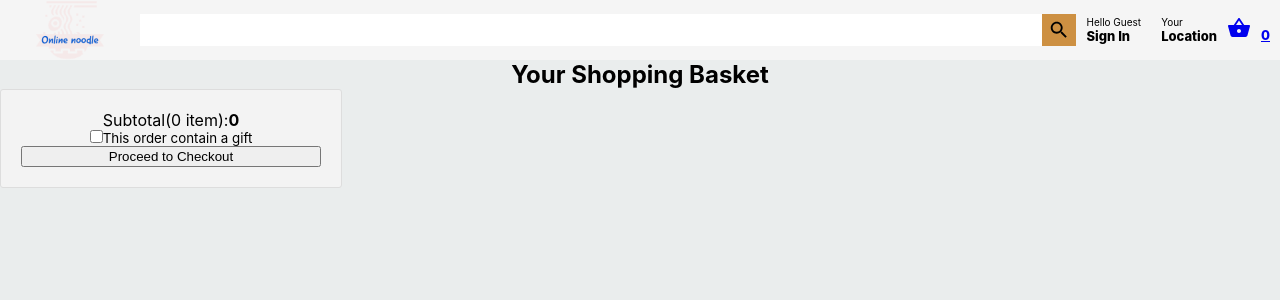
Repository: treenoise09/Noodleonline
Page: /checkout
An editor plug-in stored every save of this project. The page is shown before and after the next save, followed by the edit.
The browser window is 1280 px wide. The pictures show the whole page.
The project was rebuilt for these pictures with package versions that can differ from the ones it lists, and the page was loaded fresh each time. Also part of the build but not shown: src/Home.css, src/Noodle.css, src/Noodle.js, src/Home.js.

Above is the page before, as saved 2022-10-28 11:41:01.

After the next save:
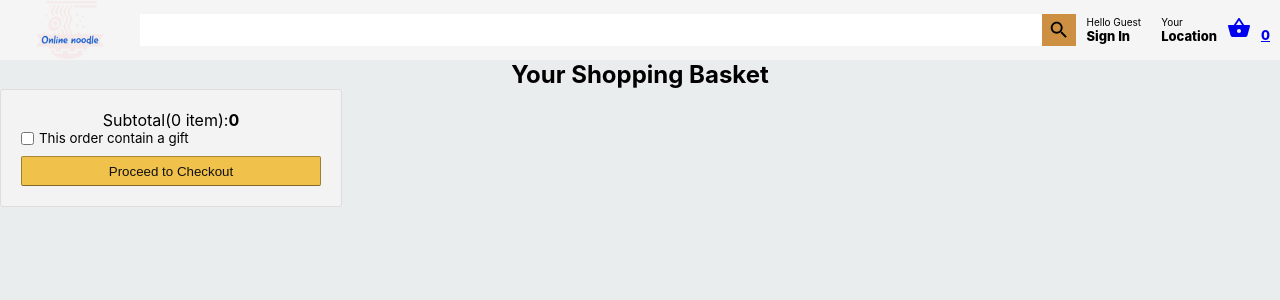
Saved 2 min 33 s later.
--- a/src/Subtotal.css
+++ b/src/Subtotal.css
@@ -9,3 +9,20 @@
     border: 1px solid #dddddd;
     border-radius: 3px;
 }
+.subtotal_gift{
+    display: flex;
+    align-items: center;
+}
+.subtotal_gift >input{
+    margin-right: 5px;
+}
+.Subtotal > button{
+    background: #f0c14b;
+    border-radius: 2px;
+    width: 100%;
+    height: 30px;
+    border: 1px solid;
+    margin-top: 10px;
+    border-color: #a88734 #9c7e31 #846a29;
+    color: #111;
+}
